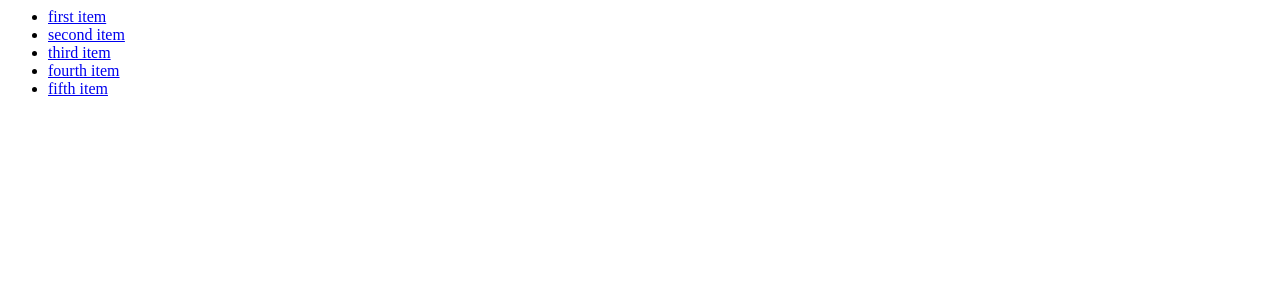
Repository: kxl666/Windows_vscode_test
Page: 2.Python高阶/01.爬虫/2.解析库的使用/Xpath/example.html
The author's editor kept a copy of each file at every save. The page is drawn from the files as they stood at one save, then again after the next save.
The browser window is 1280 px wide. The pictures show the whole page.

Above is the page before, as saved 2022-05-17 15:27:52.

After the next save:
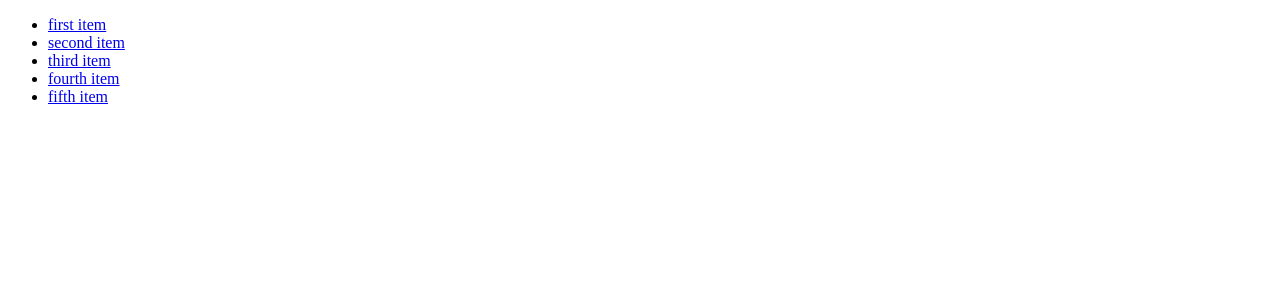
Saved 2 min 40 s later.
--- a/2.Python高阶/01.爬虫/2.解析库的使用/Xpath/example.html
+++ b/2.Python高阶/01.爬虫/2.解析库的使用/Xpath/example.html
@@ -1,9 +1,20 @@
-<div>
-  <ul>
-    <li class="item-0"><a href="linkl.html">first item</a></li>
-    <li class="item-1"><a href="link2.html">second item</a></li>
-    <li class="item-inactive"><a href="link3.html">third item</a></li>
-    <li class="item-1"><a href="link4.html">fourth item</a></li>
-    <li class="item-0"><a href="link5.html">fifth item</a></li>
-  </ul>
-</div>
+<!DOCTYPE html>
+<html lang="en">
+  <head>
+    <meta charset="UTF-8" />
+    <meta http-equiv="X-UA-Compatible" content="IE=edge" />
+    <meta name="viewport" content="width=device-width, initial-scale=1.0" />
+    <title>Document</title>
+  </head>
+  <body>
+    <div>
+      <ul>
+        <li class="item-0"><a href="linkl.html">first item</a></li>
+        <li class="item-1"><a href="link2.html">second item</a></li>
+        <li class="item-inactive"><a href="link3.html">third item</a></li>
+        <li class="item-1"><a href="link4.html">fourth item</a></li>
+        <li class="item-0"><a href="link5.html">fifth item</a></li>
+      </ul>
+    </div>
+  </body>
+</html>
